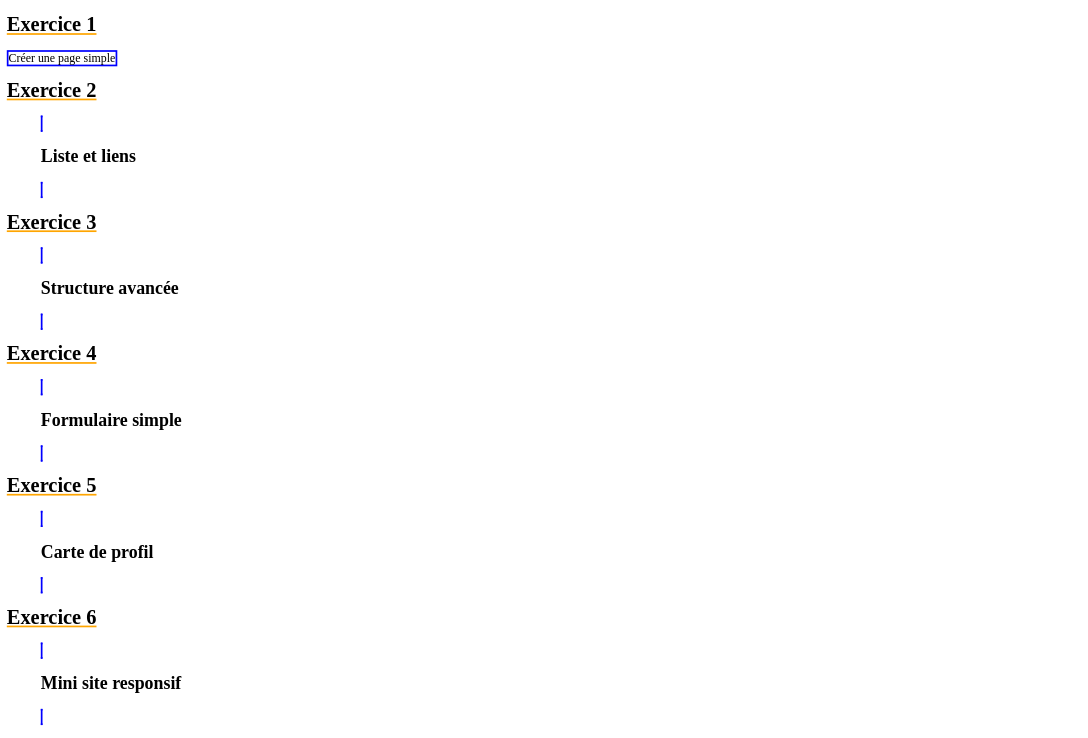
Repository: AnnaSpirit/Mimo_App
Page: Exercices_HTML&CSS.html
The author's editor kept a copy of each file at every save. The page is drawn from the files as they stood at one save, then again after a run of saves.
The browser window is 1280 px wide. The pictures show the whole page, at 85% of full size.

Above is the page before, as saved 2024-12-05 16:25:43.

### Exercices_HTML&CSS.html
<!DOCTYPE html>
<html lang="en">
<head>
    <meta charset="UTF-8">
    <meta name="viewport" content="width=device-width, initial-scale=1.0">
    <link rel="stylesheet" href="styleCSS.css">
    <title>Document</title>
</head>
<body>
    <div><h1>Exercice 1</h1>
    <span class="Consigne">Créer une page simple</span>
    </div>
    <div><h1>Exercice 2</h1>
        <ul>
            <li*4
        </ul>
    <span class="Consigne">
        <h2>Liste et liens</h2>
    </span>
    </div>
    <div><h1>Exercice 3</h1>
        <ul>
            <li*4
        </ul>
    <span class="Consigne">
        <h2>Structure avancée</span>
    </div>
    <div><h1>Exercice 4</h1>
        <ul>
            <li*4
        </ul>
    <span class="Consigne">
        <h2>Formulaire simple</span>
    </div>
    <div><h1>Exercice 5</h1>
        <ul>
            <li*4
        </ul>
    <span class="Consigne">
        <h2>Carte de profil</span>
    </div>
    <div><h1>Exercice 6</h1>
        <ul>
            <li*4
        </ul>
    <span class="Consigne">
        <h2>Mini site responsif</span>
    </div>
</body>
</html>

### styleCSS.css
h1{
    font-weight: bold;
    font-size: x-large;
    text-decoration: underline orange;
}
.Consigne{
    border: 2px solid blue;
    font-size: 14px;
}

After the next 4 saves:
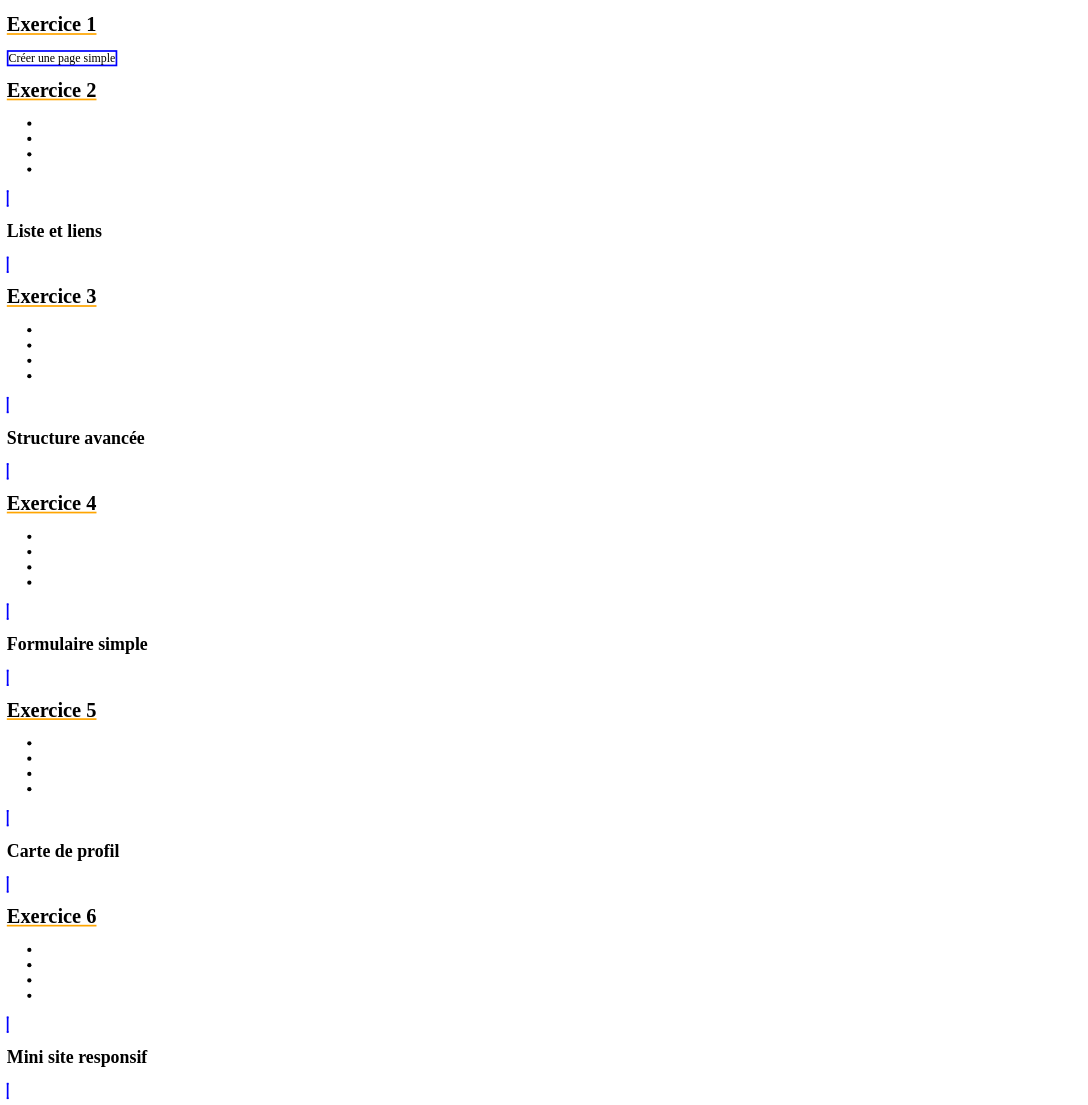
The 4 saves are shown as one change because they came seconds apart.
The last was saved 11 s later.
--- a/Exercices_HTML&CSS.html
+++ b/Exercices_HTML&CSS.html
@@ -12,7 +12,10 @@
     </div>
     <div><h1>Exercice 2</h1>
         <ul>
-            <li*4
+            <li></li>
+            <li></li>
+            <li></li>
+            <li></li>
         </ul>
     <span class="Consigne">
         <h2>Liste et liens</h2>
@@ -20,28 +23,40 @@
     </div>
     <div><h1>Exercice 3</h1>
         <ul>
-            <li*4
+            <li></li>
+            <li></li>
+            <li></li>
+            <li></li>
         </ul>
     <span class="Consigne">
         <h2>Structure avancée</span>
     </div>
     <div><h1>Exercice 4</h1>
         <ul>
-            <li*4
+            <li></li>
+            <li></li>
+            <li></li>
+            <li></li>
         </ul>
     <span class="Consigne">
         <h2>Formulaire simple</span>
     </div>
     <div><h1>Exercice 5</h1>
         <ul>
-            <li*4
+            <li></li>
+            <li></li>
+            <li></li>
+            <li></li>
         </ul>
     <span class="Consigne">
         <h2>Carte de profil</span>
     </div>
     <div><h1>Exercice 6</h1>
         <ul>
-            <li*4
+            <li></li>
+            <li></li>
+            <li></li>
+            <li></li>
         </ul>
     <span class="Consigne">
         <h2>Mini site responsif</span>
